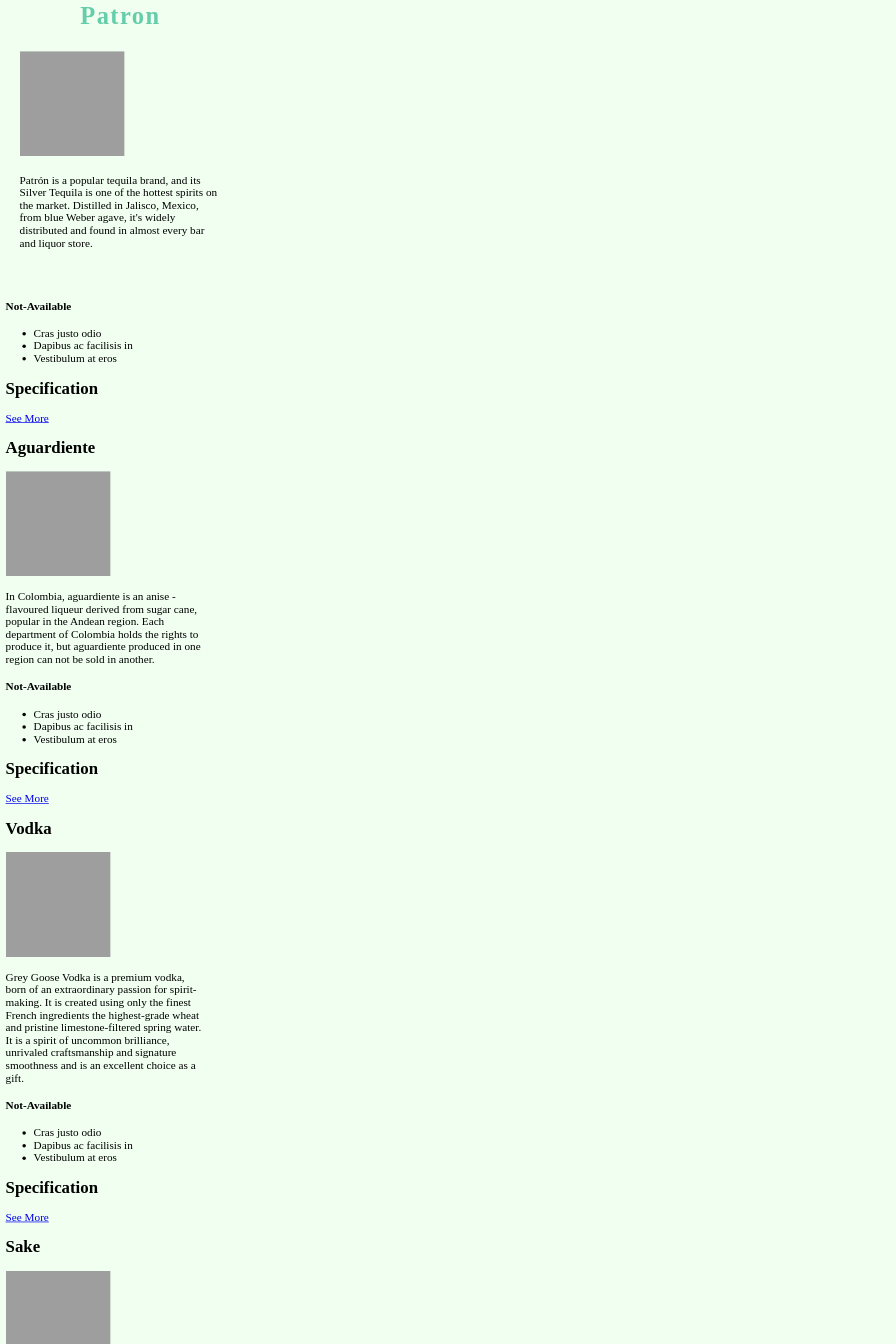
Repository: ZamlZam/REPO-11
Page: product-cards/index.html
These files come from the project's save history. The page is drawn as it stood at one moment and after the next save; the edit follows.
The browser window is 1280 px wide. The pictures show the part of the page from y = 853 to 2773 px (the page is 3153 px tall before and 3189 px after), at 70% of full size.
Pictures or frames that could not be fetched are drawn as grey boxes.

Above is the page before, as saved 2023-04-14 20:31:06.

### product-cards/index.html
<!DOCTYPE html>
<html lang="en">
<head>
  <meta charset="UTF-8">
  <meta http-equiv="X-UA-Compatible" content="IE=edge">
  <meta name="viewport" content="width=device-width, initial-scale=1.0">
  <title>Document</title>
  <link rel="stylesheet" href="main.css">
</head>
<body>

  <div class ="wrapper">
    <div class="header"> ZamZam's Distillery</div>

  <div class="card-wrap">
    <div class="card-item">
    <div class="card1" style="width: 18rem;">
      <h2 class="whiskey">Jack Daniel</h2>
     <img src="https://www.finewinedelivery.co.nz/content/products/original/16561.jpg?width=1136" height = "150px" width="150px" alt="">
    <div class="card-body">

      <p class="card-text">Jack Daniel's is a Tennessee whiskey that has been around since the 1800s. It is the world's top-selling American whiskey and is considered very smooth.</p>
    </div>
  </div>
    <h4 class="Available">Not-Available</h4>
    <ul class="list-group list-group-flush">
      <li class="list-group-item">Cras justo odio</li>
      <li class="list-group-item">Dapibus ac facilisis in</li>
      <li class="list-group-item">Vestibulum at eros</li>
    </ul>
    <h2 class="specification">Specification</h2>
    <div class="card-body">
      <a href="#" class="btn btn-primary">See More</a>

    </div>
  </div>
  </div>
  </div>

  <div class="card-wrap2">
    <div class="card-item">
    <div class="card2" style="width: 18rem;">
      <h2 class="tequila">Patron</h2>
     <img src="https://th.bing.com/th/id/OIP.omD1u9-5BvE0kcntTUyq4AHaGJ?pid=ImgDet&rs=1" height = "150px" width="150px" alt="">
    <div class="card-body2">

      <p class="card-text">Patrón is a popular tequila brand, and its Silver Tequila is one of the hottest spirits on the market. Distilled in Jalisco, Mexico, from blue Weber agave, it's widely distributed and found in almost every bar and liquor store.</p>
    </div>
  </div>
    <h4 class="Available">Not-Available</h4>
    <ul class="list-group list-group-flush">
      <li class="list-group-item">Cras justo odio</li>
      <li class="list-group-item">Dapibus ac facilisis in</li>
      <li class="list-group-item">Vestibulum at eros</li>
    </ul>
    <h2 class="specification">Specification</h2>
    <div class="card-body">
      <a href="#" class="btn btn-primary">See More</a>

    </div>
  </div>
  </div>
</div>

<div class="card-wrap3">
  <div class="card-item3">
  <div class="card3" style="width: 18rem;">
    <h2 class="rum">Aguardiente</h2>
   <img src="https://s.cornershopapp.com/product-images/1050370.jpg?versionId=xuP.iP5MiWyH4wgZVeVdTTerM65pvh4C" height = "150px" width="150px" alt="">
  <div class="card-body3">

    <p class="card-text">In Colombia, aguardiente is an anise -flavoured liqueur derived from sugar cane, popular in the Andean region. Each department of Colombia holds the rights to produce it, but aguardiente produced in one region can not be sold in another.</p>
  </div>
</div>
  <h4 class="Available">Not-Available</h4>
  <ul class="list-group list-group-flush">
    <li class="list-group-item">Cras justo odio</li>
    <li class="list-group-item">Dapibus ac facilisis in</li>
    <li class="list-group-item">Vestibulum at eros</li>
  </ul>
  <h2 class="specification">Specification</h2>
  <div class="card-body">
    <a href="#" class="btn btn-primary">See More</a>

  </div>
</div>
</div>
</div>

<div class="card-wrap4">
  <div class="card-item4">
  <div class="card4" style="width: 18rem;">
    <h2 class="Vodka">Vodka</h2>
   <img src="https://th.bing.com/th/id/OIP.A0LuDfu3pj8rYBoiSEGyLwHaNo?pid=ImgDet&rs=1" height = "150px" width="150px" alt="">
  <div class="card-body4">

    <p class="card-text">Grey Goose Vodka is a premium vodka, born of an extraordinary passion for spirit-making. It is created using only the finest French ingredients the highest-grade wheat and pristine limestone-filtered spring water. It is a spirit of uncommon brilliance, unrivaled craftsmanship and signature smoothness and is an excellent choice as a gift.</p>
  </div>
</div>
  <h4 class="Available">Not-Available</h4>
  <ul class="list-group list-group-flush">
    <li class="list-group-item">Cras justo odio</li>
    <li class="list-group-item">Dapibus ac facilisis in</li>
    <li class="list-group-item">Vestibulum at eros</li>
  </ul>
  <h2 class="specification">Specification</h2>
  <div class="card-body">
    <a href="#" class="btn btn-primary">See More</a>

  </div>
</div>
</div>
</div>

<div class="card-wrap5">
  <div class="card-item5">
  <div class="card5" style="width: 18rem;">
    <h2 class="Sake">Sake</h2>
   <img src="https://www.wespeakwine.com/resize/Shared/Images/Product/Ohyama-Tokubetsu-Junmai-Nigori-Big-Mountain-Cloudy-Sake-500ML/ohyama_nigori_bottle.jpg?lr=t&bw=600&bh=600" height = "150px" width="150px" alt="">
  <div class="card-body5">

    <p class="card-text">Commonly referred to as "unfiltered" sake, nigori literally means "cloudy," and refers to sake that still contains rice solids that have not fermented. Although there are a wide range of nigorizakes available in the US today, most of them tend to be cream</p>
  </div>
</div>
  <h4 class="Available">Not-Available</h4>
  <ul class="list-group list-group-flush">
    <li class="list-group-item">Cras justo odio</li>
    <li class="list-group-item">Dapibus ac facilisis in</li>
    <li class="list-group-item">Vestibulum at eros</li>
  </ul>
  <h2 class="specification">Specification</h2>
  <div class="card-body">
    <a href="#" class="btn btn-primary">See More</a>

  </div>
</div>
</div>
</div>
</body>


</html>

### product-cards/main.css
body{
  background-color:honeydew;
}

.wrapper .header {
  width: 100%;
  height: 50px;
  background: lightgreen;
  color: lightcoral;
  text-align: center;
  align-items: center;
  font-size: 30px;
  display:flex;
  justify-content: center;
  font-weight:500;
}

.card-wrap {
  padding: 25px;

  width: 20%;
  height: 100%;
  display: flex;
  justify-content: space-between;
  flex-wrap: wrap;
}

.card-wrap .card-item {
  padding: 15px 25px;
  width: 100%;
  background-color:khaki;
}

.card-wrap .card1 {
  padding: 35px 20px;
  border-radius: 5px;
  min-width: 225px;
  min-height: 300px;

}

.card-wrap .card1 img{
  margin-bottom: 5px;



}

.card-wrap .card1 .whiskey{
  color:teal;
  font-weight: 900;
  letter-spacing: 2px;
  font-size: 35px;
  white-space: nowrap;
  justify-content: center;
  text-align: center;
  align-items: center;
}

.card-wrap .card1 .card-body{
  font-style: 14px;
  line-height: 24px;
  color:black;
}

/**/

.card-wrap2 .card2 {
  padding: 35px 20px;
  border-radius: 5px;
  min-width: 225px;
  min-height: 300px;

}

.card-wrap2 .card2 img{
  margin-bottom: 5px;
}

.card-wrap2 .card2 .tequila{
  color:mediumaquamarine;
  font-weight: 900;
  letter-spacing: 2px;
  font-size: 35px;
  white-space: nowrap;
  justify-content: center;
  text-align: center;
  align-items: center;
}

.card-wrap2 .card2 .card-body{
  font-style: 14px;
  line-height: 24px;
  color:black;
}

After the next save:
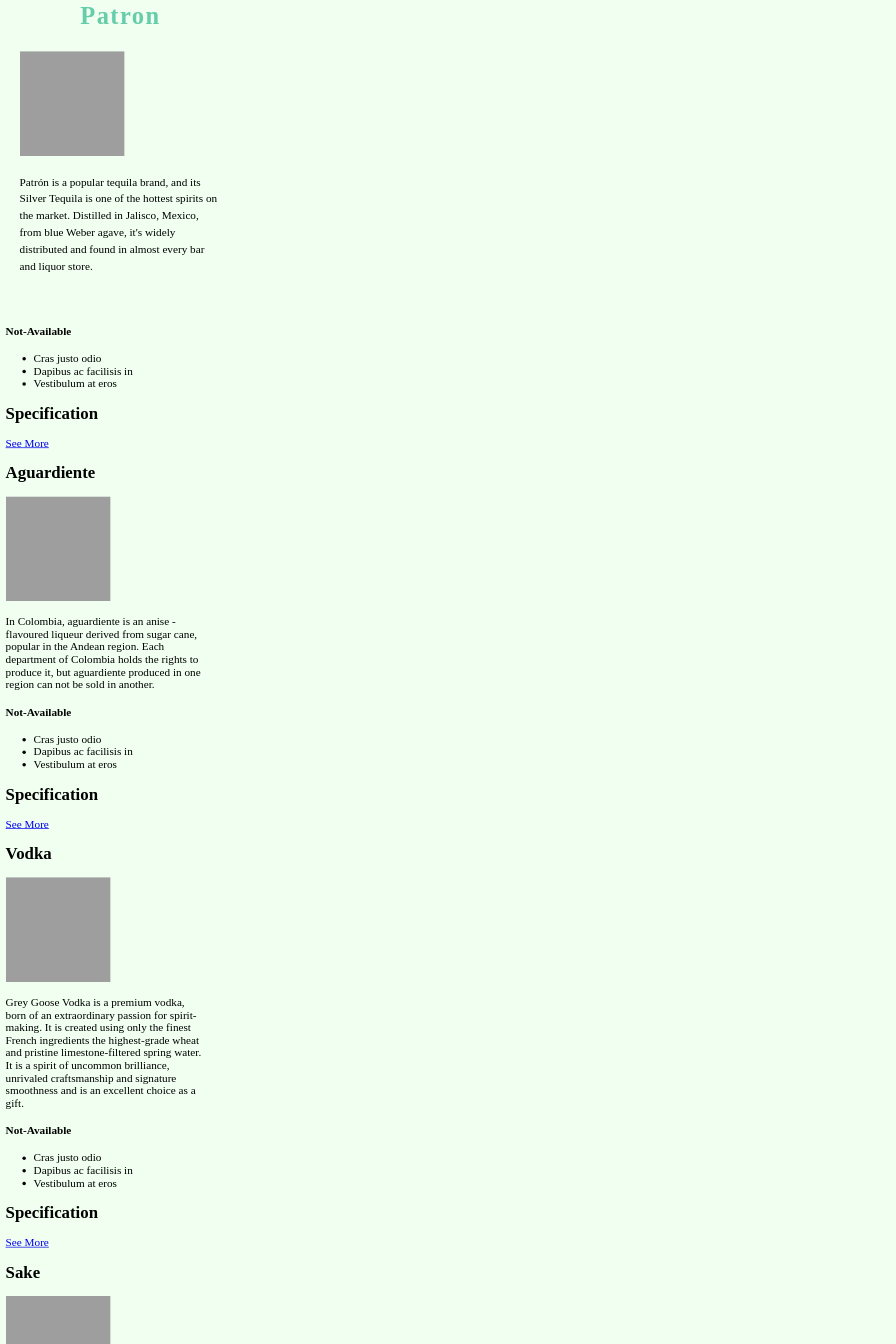
Saved 15 s later.
--- a/product-cards/main.css
+++ b/product-cards/main.css
@@ -88,7 +88,7 @@
   align-items: center;
 }
 
-.card-wrap2 .card2 .card-body{
+.card-wrap2 .card2 .card-body2{
   font-style: 14px;
   line-height: 24px;
   color:black;
